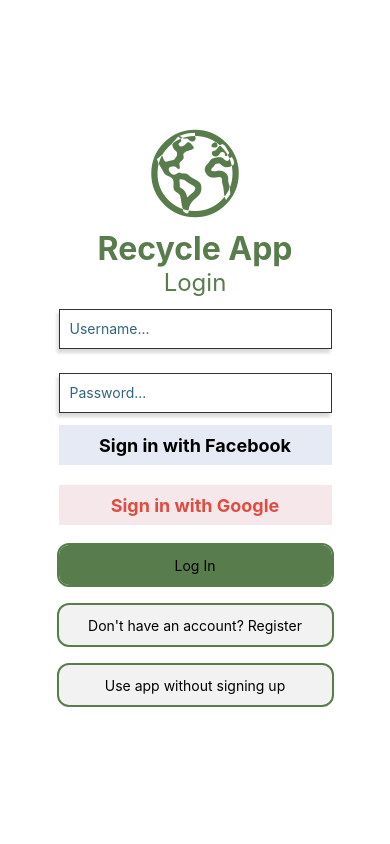
Repository: ct-pham/COMP4511
Screen: / (app in comp4511/)
These files come from the project's save history. The screen is drawn as it stood at one moment and after a run of saves; the edit follows.
The app was drawn by React Native's web renderer in a window 390 px wide. The project was rebuilt for these pictures with package versions that can differ from the ones it lists, and the page was loaded fresh each time.

Above is the screen before, as saved 2022-11-07 16:52:24.

After the next 2 saves:
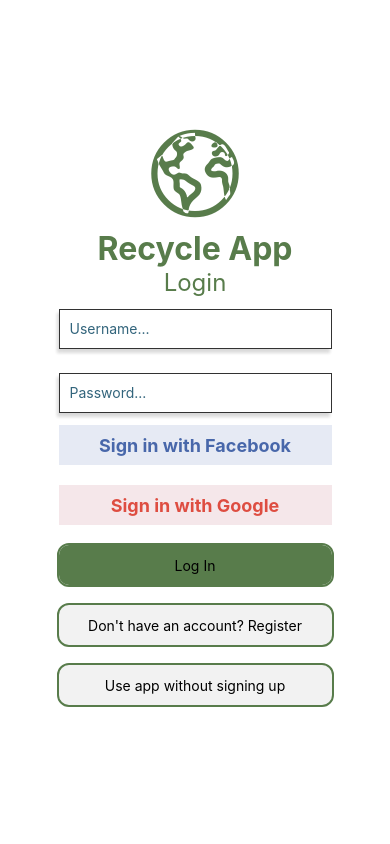
The 2 saves are shown as one change because they came seconds apart.
The last was saved 13 s later.
--- a/comp4511/Components/Login.js
+++ b/comp4511/Components/Login.js
@@ -47,7 +47,7 @@ export default function Login( {navigation}) {
                     <FontAwesome  />
                 </View>
                 <View style={styles.btnTxtWrapper}>
-                    <Text style = {[styles.btnTxt, {color: '4867aa' }]} >Sign in with Facebook</Text>
+                    <Text style = {[styles.btnTxt, {color: '#4867aa' }]} >Sign in with Facebook</Text>
                 </View>
             </TouchableOpacity>
             <TouchableOpacity
